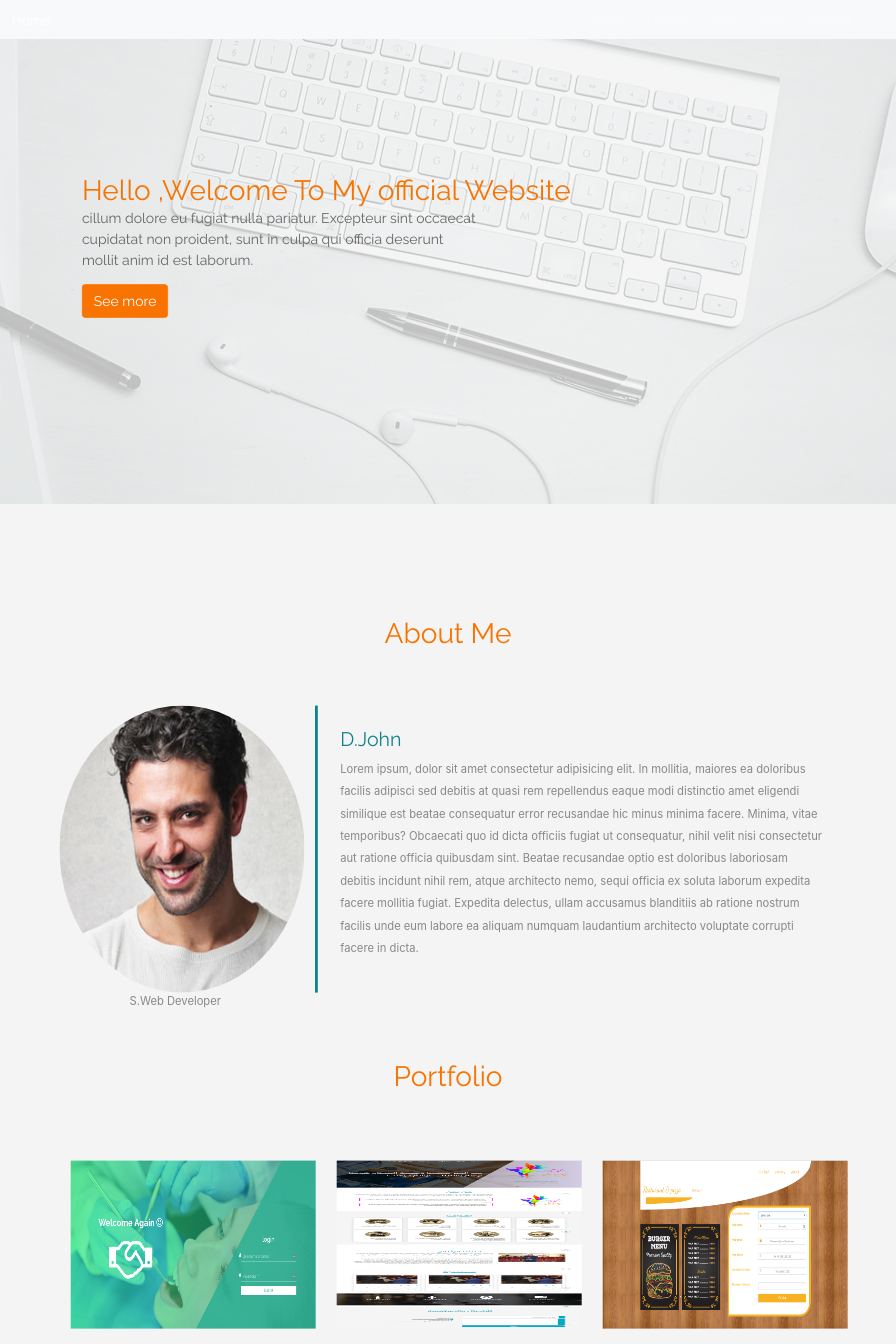
Repository: adrian9211/Bootstrap_website_Ruth
Page: index.html
These files come from the project's save history. The page is drawn as it stood at one moment and after a run of saves; the edit follows.
The browser window is 1280 px wide. The pictures show the part of the page from y = 0 to 1920 px (the page is 4159 px tall), at 70% of full size.
Some web libraries are served in a nearby version.

Above is the page before, as saved 2020-11-25 12:29:34.

After the next 2 saves:
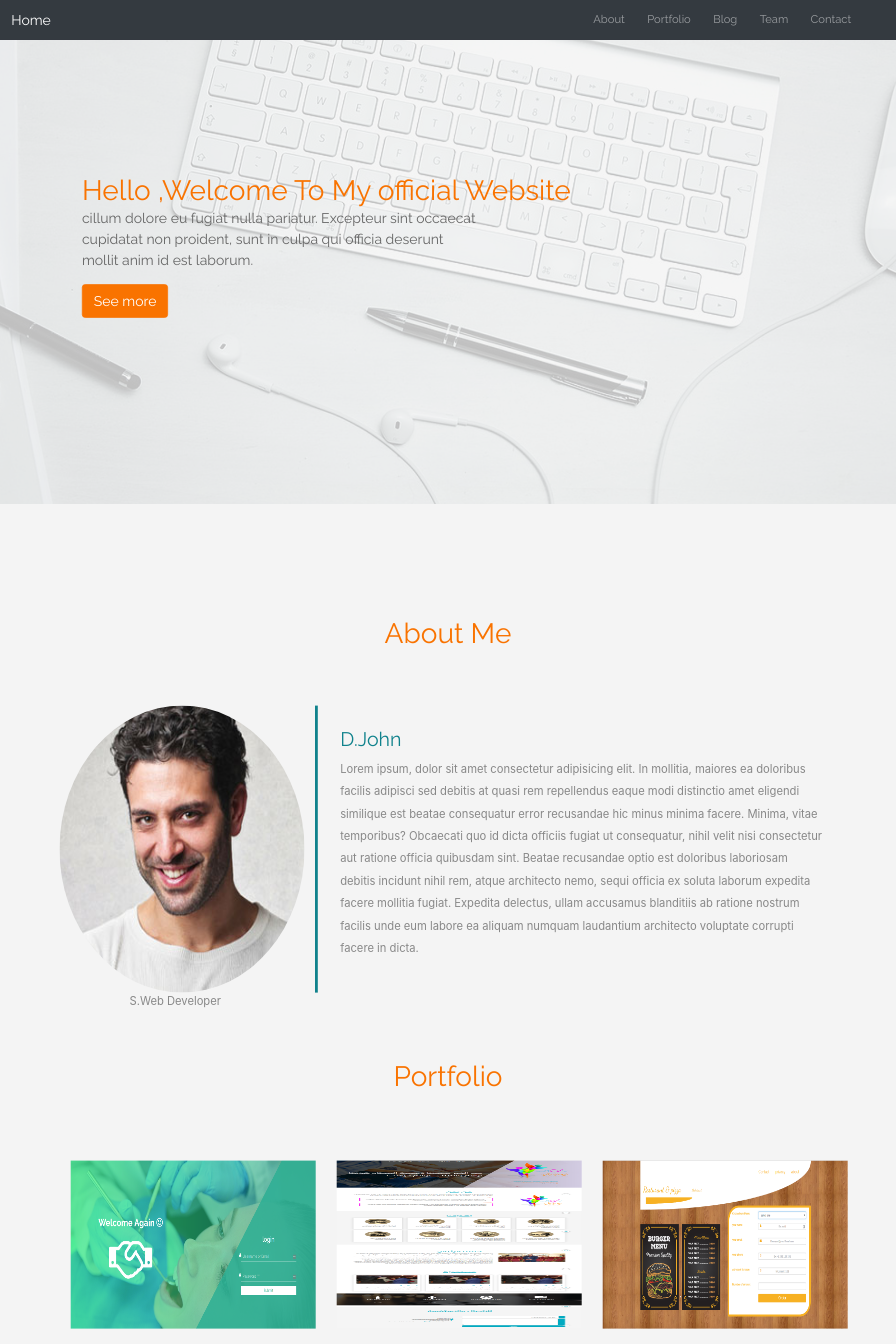
The 2 saves are shown as one change because they came seconds apart.
The last was saved 6 s later.
--- a/index.html
+++ b/index.html
@@ -10,7 +10,7 @@
 </head>
 <body>
     <!-- Navbar start -->
-    <nav class="navbar navbar-expand-lg navbar-dark bg-light fixed-top">
+    <nav class="navbar navbar-expand-lg navbar-dark bg-dark fixed-top">
         <a class="navbar-brand" href="#">Home</a>
         <button class="navbar-toggler" type="button" data-toggle="collapse" data-target="#navbarSupportedContent" aria-controls="navbarSupportedContent" aria-expanded="false" aria-label="Toggle navigation">
           <span class="navbar-toggler-icon"></span>
